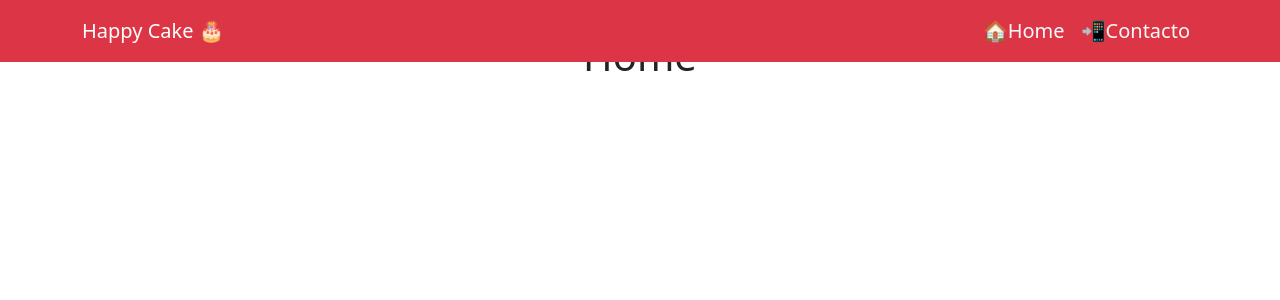
Repository: cvalenciapatagonia/Desafio-1-React-II
Page: /
The author's editor kept a copy of each file at every save. The page is drawn from the files as they stood at one save, then again after the next save.
The browser window is 1280 px wide. The pictures show the whole page.
The project was rebuilt for these pictures with package versions that can differ from the ones it lists, and the page was loaded fresh each time. Also part of the build but not shown: vite.config.js, src/components/Registro.jsx, src/views/Registro.jsx, src/views/NotFound.jsx. Imported but missing from the stored project, and not drawn on this page: src/views/Login.

Above is the page before, as saved 2023-09-22 13:18:50.

After the next save:
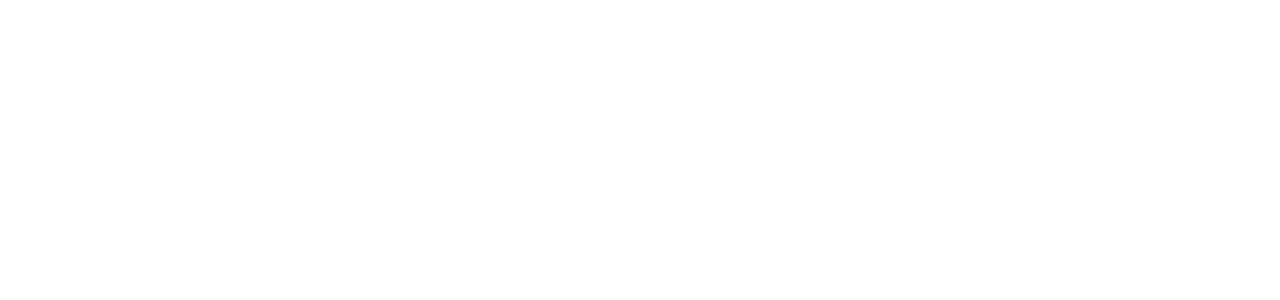
Console error: ReferenceError: Contacto is not defined
Saved 69 s later.
--- a/src/App.jsx
+++ b/src/App.jsx
@@ -2,9 +2,6 @@
 import "bootstrap/dist/css/bootstrap.min.css";
 import { BrowserRouter, Routes, Route } from "react-router-dom";
 
-import Login from "./views/Login";
-import Registro from "./views/Registro";
-import NotFound from "./views/NotFound";
 
 import Navbar from "./components/Navbar";
 import Home from "./views/Home";
@@ -17,8 +14,7 @@
 
           <Routes>
             <Route path="/" element={<Home />} />
-            <Route path="/login" element={<Login />} />
-            <Route path="/registro" element={<Registro />} />
+            <Route path="/contacto" element={<Contacto />} />
           </Routes>
         </BrowserRouter>
       </div>

After the save that followed:
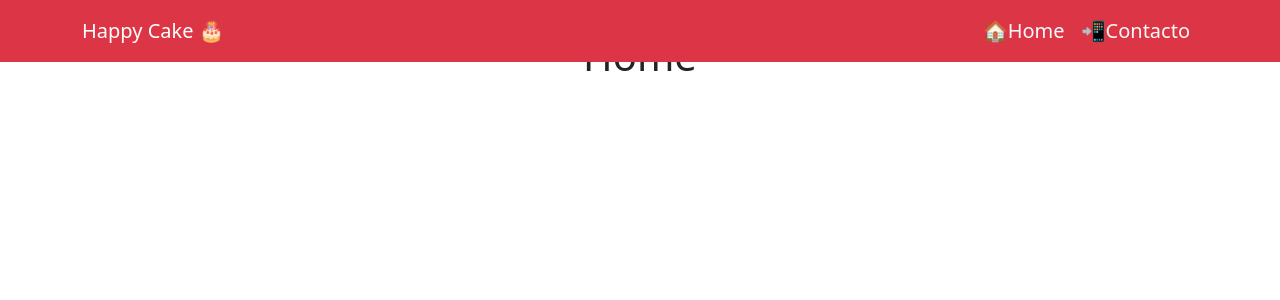
The error is gone.
Saved 33 s later.
--- a/src/App.jsx
+++ b/src/App.jsx
@@ -5,6 +5,7 @@
 
 import Navbar from "./components/Navbar";
 import Home from "./views/Home";
+import Contacto from "./views/Contacto"
 function App() {
   return (
     <>
